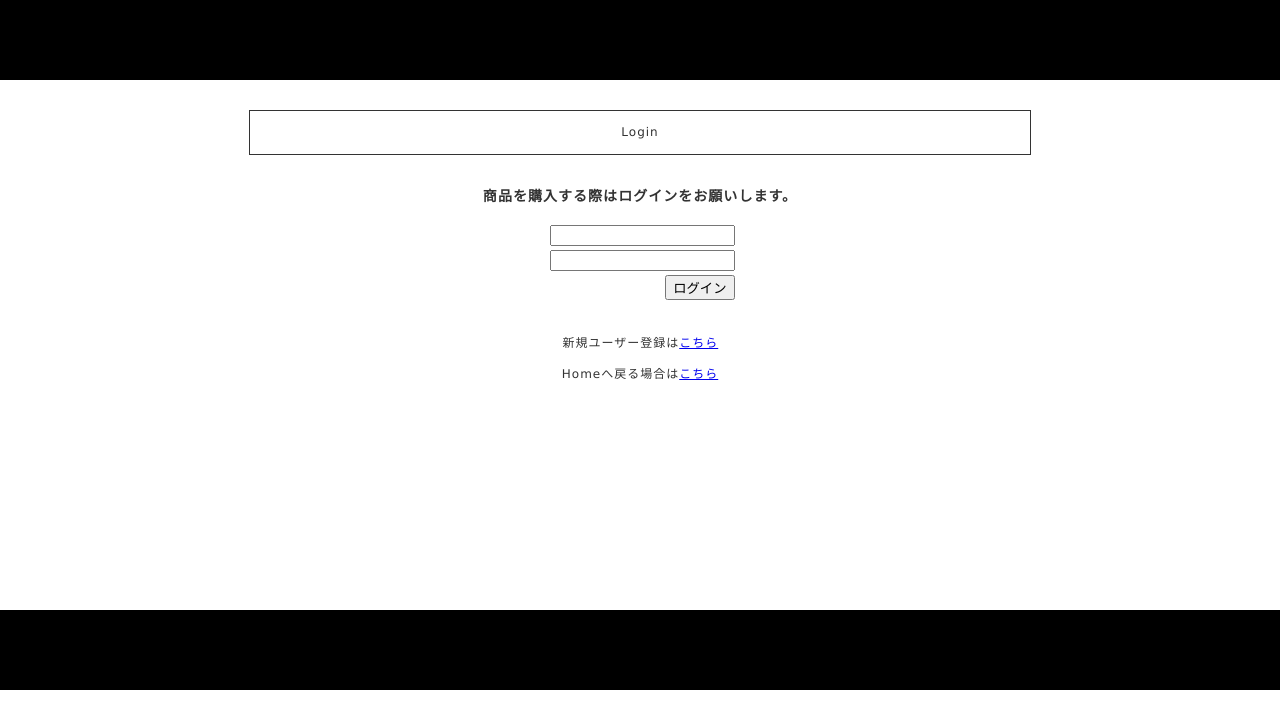
Repository: MurayamaMura/ecsite
Page: http://localhost/ecsite/HomeAction.action
The author's editor kept a copy of each file at every save. The page is drawn from the files as they stood at one save, then again after the next save.
The browser window is 1280 px wide. The pictures show the whole page.
The page is served by Tomcat 9.

Above is the page before, as saved 2018-07-18 05:25:28.

After the next save:
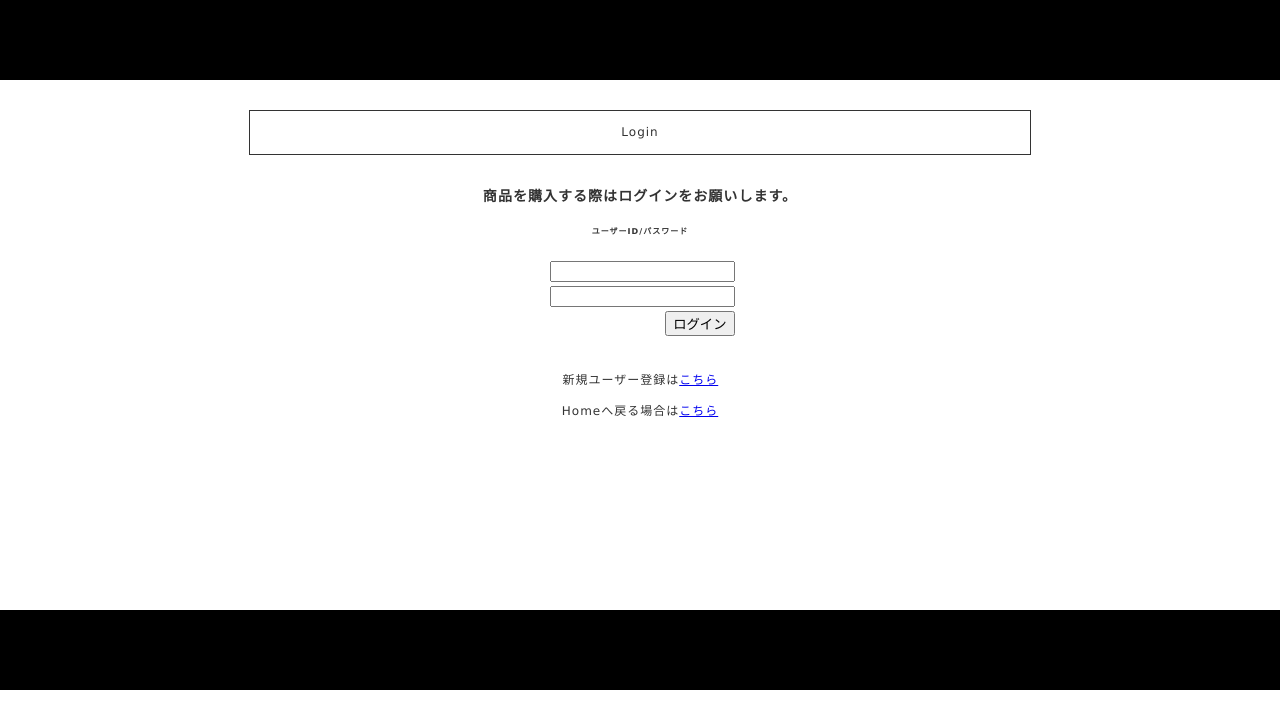
Saved 5 min 22 s later.
--- a/ecsite/WebContent/login.jsp
+++ b/ecsite/WebContent/login.jsp
@@ -67,6 +67,7 @@
 		<div>
 			<h3>商品を購入する際はログインをお願いします。</h3>
 			<s:form action="LoginAction">
+			<h6>ユーザーID/パスワード</h6>
 				<s:textfield name="loginUserId"/>
 				<s:password name="loginPassword"/>
 				<s:submit value="ログイン"/>
